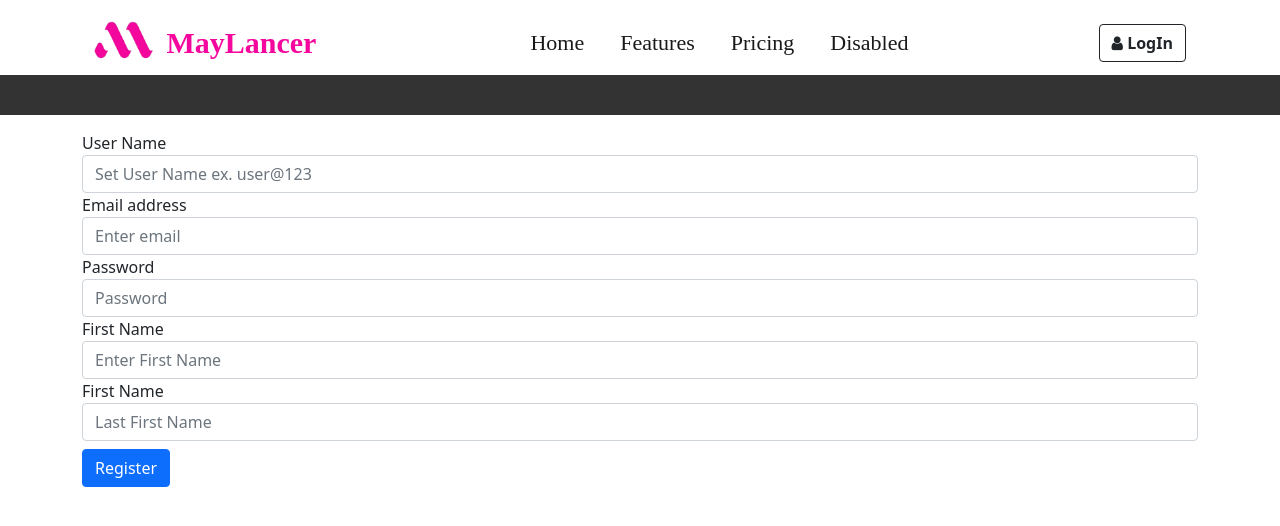
Repository: prathmesh2023/maylancers
Page: http://localhost/register
The author's editor kept a copy of each file at every save. The page is drawn from the files as they stood at one save, then again after the next save.
The browser window is 1280 px wide. The pictures show the whole page.
Some web fonts or font styles are not loaded; a fallback is used. Some web libraries are served in a nearby version. The page is served by the project's application, run on Django 3.2 (manage.py). Other server files are loaded and not shown.

Above is the page before, as saved 2022-01-23 19:51:35.

### templates/register.html
{% extends "base.html" %} {% block title %} Register|MayLancer {% endblock title %} {% block main %}
<div class="container my-3">

    <form>
        <div class="form-group">
            <label for="exampleInputEmail1">User Name</label>
            <input type="text" class="form-control" id="exampleInputEmail1" aria-describedby="emailHelp" placeholder="Set User Name ex. user@123 ">

        </div>

        <div class="form-group">
            <label for="exampleInputEmail1">Email address</label>
            <input type="email" class="form-control" id="exampleInputEmail1" aria-describedby="emailHelp" placeholder="Enter email">

        </div>
        <div class="form-group">
            <label for="exampleInputPassword1">Password</label>
            <input type="password" class="form-control" id="exampleInputPassword1" placeholder="Password">
        </div>

        <div class="form-group">
            <label for="exampleInputEmail1">First Name</label>
            <input type="text" class="form-control" id="exampleInputEmail1" aria-describedby="emailHelp" placeholder="Enter First Name ">

        </div>

        <div class="form-group">
            <label for="exampleInputEmail1">First Name</label>
            <input type="text" class="form-control" id="exampleInputEmail1" aria-describedby="emailHelp" placeholder="Last First Name ">

        </div>

        <button type="submit" class="btn btn-primary my-2">Register</button>
    </form>
</div>
{% endblock main %}

### templates/base.html
<!DOCTYPE html>
<html lang="en">

<head>
    <!-- Required meta tags -->
    <meta charset="utf-8" />
    <meta name="viewport" content="width=device-width, initial-scale=1" />

    <!-- Bootstrap CSS -->

    {% load static %}

    <link href="{% static 'bootstrap-5/css/bootstrap.min.css' %}" type="text/css" rel="stylesheet" />
    <link href="{% static 'css/main.css' %}" type="text/css" rel="stylesheet">

    <!-- js bostrap -->
    <script src="https://code.jquery.com/jquery-3.2.1.slim.min.js" integrity="sha384-KJ3o2DKtIkvYIK3UENzmM7KCkRr/rE9/Qpg6aAZGJwFDMVNA/GpGFF93hXpG5KkN" crossorigin="anonymous"></script>
    <script src="https://cdnjs.cloudflare.com/ajax/libs/popper.js/1.12.9/umd/popper.min.js" integrity="sha384-ApNbgh9B+Y1QKtv3Rn7W3mgPxhU9K/ScQsAP7hUibX39j7fakFPskvXusvfa0b4Q" crossorigin="anonymous"></script>
    <script src="https://maxcdn.bootstrapcdn.com/bootstrap/4.0.0/js/bootstrap.min.js" integrity="sha384-JZR6Spejh4U02d8jOt6vLEHfe/JQGiRRSQQxSfFWpi1MquVdAyjUar5+76PVCmYl" crossorigin="anonymous"></script>
    <!-- / -->
    <link rel="stylesheet" href="https://cdnjs.cloudflare.com/ajax/libs/font-awesome/4.7.0/css/font-awesome.min.css">
    <link href='https://fonts.googleapis.com/css?family=Concert One' rel='stylesheet'>
    <link href='https://fonts.googleapis.com/css?family=Courgette' rel='stylesheet'>
    <link href='https://fonts.googleapis.com/css?family=Jockey One' rel='stylesheet'>

    <!--  -->
    {% load static %}
    <title>{% block title %} {% endblock %}</title>
</head>


<body>


    <div class="container">
        <nav class="navbar navbar-expand-lg navbar-light bg-white">
            <div class="container-fluid">
                <a class="navbar-brand" href="#"><img class="brand " src="{% static 'img/logo.png' %}"> <span class="mx-2 Courgette" style=" color: #f5069d;  font-size: 30px;"> <b>MayLancer</b></span></a>
                <button class="navbar-toggler" type="button" data-bs-toggle="collapse" data-bs-target="#navbarNav" aria-controls="navbarNav" aria-expanded="false" aria-label="Toggle navigation">
      <span class="navbar-toggler-icon"></span>
    </button>
                <div class="collapse navbar-collapse" id="navbarNav">
                    <ul class="navbar-nav mx-auto ">
                        <li class="nav-item">
                            <a class="nav-link active" aria-current="page" href="#">Home</a>
                        </li>
                        <li class="nav-item ">
                            <a class="nav-link active" href="#">Features</a>
                        </li>
                        <li class="nav-item ">
                            <a class="nav-link active" href="#">Pricing</a>
                        </li>
                        <li class="nav-item  ">
                            <a class="nav-link active disabled">Disabled</a>
                        </li>
                    </ul>



                    {% if user.is_authenticated %} &nbsp;<span class=""> <b>

                        {{ user.username }}</b></span> &nbsp;&nbsp;
                    <a href="/logout">Logout</a> {% else %}
                    <a href="/login"><button class="btn btn-outline-dark"><span class="fa fa-user"> </span> <b>LogIn</b></button></a> {% endif %}

                </div>
            </div>
        </nav>
    </div>


    <div class="navbar " style="height: 40px; margin-top: -10px; background-color: #000000cc;">




    </div>


    {% block main %} {% endblock main %}

    <!--
    <div class="container my-5">
        <div class="row">
            <div class="col-md-3">

                <div class="card  m-0 p-0" style="border: solid 2px #f5069d ; border-top-right-radius: 0px; border-top-left-radius: 0px; border-top: none ;">
                    <div class="card-body ">
                        <img src="painter.jpg" class="img border-0 p-0">
                        <h2 style="margin-top:20px;">
                            Painter
                        </h2>
                        <p class="card-text"><b>Find Painters nearby you</b></p>
                        <a href="#" class="btn sub">  Find </a>
                    </div>
                </div>

            </div>


            <div class="col-md-3">

                <div class="card  m-0 p-0" style="border: solid 2px #f5069d ; border-top-right-radius: 0px; border-top-left-radius: 0px; border-top: none ;">
                    <div class="card-body ">
                        <img src="mechanic.jpg" class="img border-0 p-0">
                        <h2 style="margin-top:20px;">
                            Mechanic
                        </h2>
                        <p class="card-text"><b>Find Mechanics nearby you</b></p>
                        <a href="#" class="btn sub"> Find </a>
                    </div>
                </div>

            </div>



            <div class="col-md-3">

                <div class="card  m-0 p-0" style="border: solid 2px #f5069d ; border-top-right-radius: 0px; border-top-left-radius: 0px; border-top: none ;">
                    <div class="card-body ">
                        <img src="designer1.jpg" class="img border-0 p-0">
                        <h2 style="margin-top:20px;">
                            Designer
                        </h2>
                        <p class="card-text"><b>Find Designer nearby you</b></p>
                        <a href="#" class="btn sub"> Find </a>
                    </div>
                </div>

            </div>


            <div class="col-md-3">

                <div class="card  m-0 p-0" style="border: solid 2px #f5069d ; border-top-right-radius: 0px; border-top-left-radius: 0px; border-top: none ;">
                    <div class="card-body ">
                        <img src="doctor.jpg" class="img border-0 p-0">
                        <h2 style="margin-top:20px;">
                            Doctor
                        </h2>
                        <p class="card-text"><b>Find Doctors nearby you</b></p>
                        <a href="#" class="btn sub"> Find </a>
                    </div>
                </div>

            </div>
        </div>
    </div> -->

    <!-- / -->





    <!-- Optional JavaScript; choose one of the two! -->

    <!-- Option 1: Bootstrap Bundle with Popper -->
    <script src="https://cdn.jsdelivr.net/npm/bootstrap@5.1.3/dist/js/bootstrap.bundle.min.js " integrity="sha384-ka7Sk0Gln4gmtz2MlQnikT1wXgYsOg+OMhuP+IlRH9sENBO0LRn5q+8nbTov4+1p " crossorigin="anonymous "></script>

    <!-- Option 2: Separate Popper and Bootstrap JS -->
    <!--
    <script src="https://cdn.jsdelivr.net/npm/@popperjs/core@2.10.2/dist/umd/popper.min.js " integrity="sha384-7+zCNj/IqJ95wo16oMtfsKbZ9ccEh31eOz1HGyDuCQ6wgnyJNSYdrPa03rtR1zdB " crossorigin="anonymous "></script>
    <script src="https://cdn.jsdelivr.net/npm/bootstrap@5.1.3/dist/js/bootstrap.min.js " integrity="sha384-QJHtvGhmr9XOIpI6YVutG+2QOK9T+ZnN4kzFN1RtK3zEFEIsxhlmWl5/YESvpZ13 " crossorigin="anonymous "></script>
    -->
</body>

</html>

### app1/views.py
from django.shortcuts import render,HttpResponse,redirect
from django.contrib.auth.models import User,auth
from django.contrib.auth.decorators import login_required
from .models import User,profile

# Create your views here.

def home(request):

    return render(request, "home.html")


def login(request):

    if request.method == 'POST':
        uname = request.POST.get('uname')
        pwd = request.POST.get('pwd')

        user = auth.authenticate(username=uname, password=pwd)

        if user is not None:
            auth.login(request, user)
            return redirect('/profile')
        else:
            return HttpResponse("unamr , password invalid ")


    return render(request, "login.html")




def logout(request):
    auth.logout(request)

    return redirect('/')


def profile(request):

    if request.user.is_authenticated:


        return render(request, "profile.html")
    else:
        return redirect("/login")


def register(request):

    return render(request, "register.html")

### maylancer/urls.py
"""maylancer URL Configuration

The `urlpatterns` list routes URLs to views. For more information please see:
    https://docs.djangoproject.com/en/3.2/topics/http/urls/
Examples:
Function views
    1. Add an import:  from my_app import views
    2. Add a URL to urlpatterns:  path('', views.home, name='home')
Class-based views
    1. Add an import:  from other_app.views import Home
    2. Add a URL to urlpatterns:  path('', Home.as_view(), name='home')
Including another URLconf
    1. Import the include() function: from django.urls import include, path
    2. Add a URL to urlpatterns:  path('blog/', include('blog.urls'))
"""
from django.contrib import admin
from django.urls import path,include

urlpatterns = [
    path('admin/', admin.site.urls),
    path('',include('app1.urls'))
]

### app1/urls.py
from django.contrib import admin
from django.urls import path
from app1 import views
urlpatterns = [
    path("", views.home , name="home"),
    path("login", views.login, name="login"),
    path("logout", views.logout,name="logout"),
    path("profile", views.profile, name="profile"),
    path("register", views.register, name="register"),
]

### static/css/main.css
.primary-bg {
    background-color: rgb(255, 78, 166);
}

.brand {
    max-width: 100px;
    max-height: 39px;
    margin-top: -14px;
}

.bg-white {
    background: white;
}

.nav-item {
    font-size: large;
    font-family: 'Concert One';
    font-size: 22px;
    padding: 10px;
}

.in {
    margin-top: 50px;
}

.bgc {
    background-color: black;
    background-repeat: no-repeat;
    background-size: 100%;
    width: 100%;
    height: 400px;
}


/* fonts */

.jone {
    font-family: 'Jockey One';
}

.Courgette {
    font-family: 'Courgette';
}

.searchbox {}

.searchbox input {
    border-radius: 0%;
    height: 50px;
    background-color: #ffffffd9;
}

.bt {
    border-radius: 0%;
    height: 50px;
    font-family: cursive;
}

.di {
    color: white;
    border-radius: 0%;
}


/* cards */


/* .sub {
    background: #f5069d;
    color: white;
}

.img-thumbnail {
    padding: 0px;
}

.img {
    margin-left: -31px;
    width: 120%;
    height: 180px;
    border-style: solid;
    border-size: px;
    padding: 10px;
    box-shadow: 5px 10px 18px #888888;
    margin-top: -25px;
}

.card {
    box-shadow: 5px 10px 18px #888888;
}
*/

.card_main {
    margin-top: -100px;
}

.sub {
    background: #f5069d;
    color: white;
}

.img-thumbnail {
    padding: 0px;
}

.img {
    margin-left: -31px;
    width: 120%;
    height: 180px;
    border-style: solid;
    border-size: px;
    padding: 10px;
    box-shadow: 5px 10px 18px #888888;
    margin-top: -25px;
}

.card {
    box-shadow: 5px 10px 18px #888888;
}


/*  */

Loaded but not shown: static/bootstrap-5/css/bootstrap.min.css (library)

After the next save:
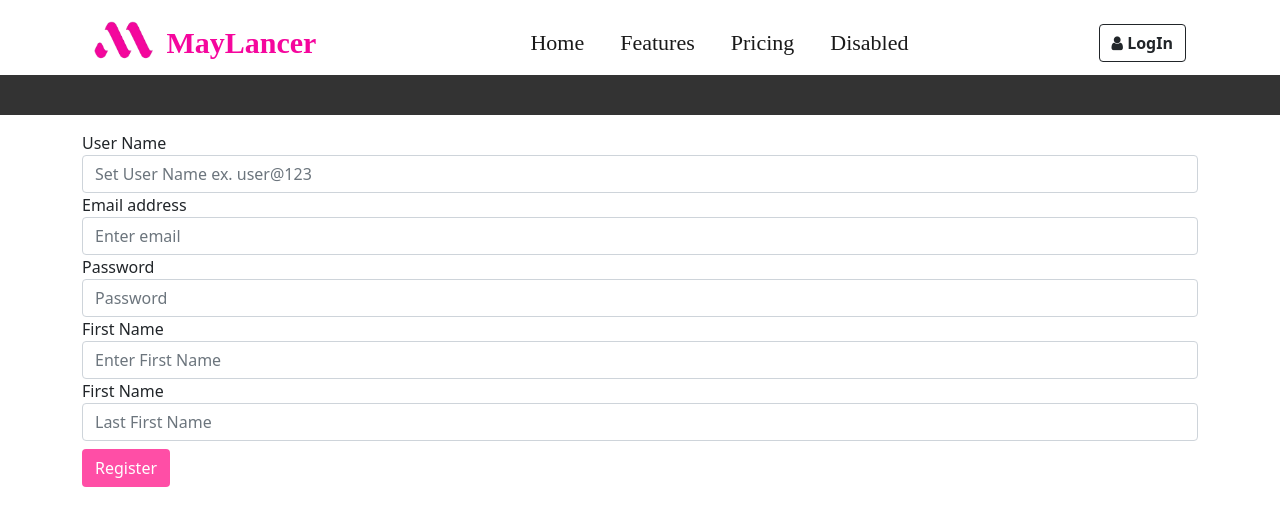
Saved 25 s later.
--- a/templates/register.html
+++ b/templates/register.html
@@ -30,7 +30,7 @@
 
         </div>
 
-        <button type="submit" class="btn btn-primary my-2">Register</button>
+        <button type="submit" class="btn primary-bg text-white my-2">Register</button>
     </form>
 </div>
 {% endblock main %}
